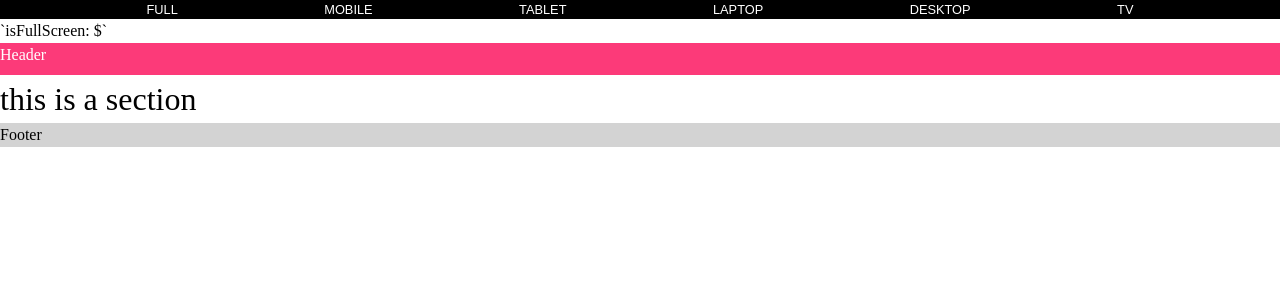
Repository: Terrycoco/coco-playground
Page: /
The author's editor kept a copy of each file at every save. The page is drawn from the files as they stood at one save, then again after the next save.
The browser window is 1280 px wide. The pictures show the whole page.
The project was rebuilt for these pictures with package versions that can differ from the ones it lists, and the page was loaded fresh each time. The framework's server and built-in components were replaced by stand-ins that run in the browser. Also part of the build but not shown: next.config.js.

Above is the page before, as saved 2023-03-20 09:07:58.

### src/app/layout.js
//THIS FILE DEFINES BASIC HTML FOR WHOLE SITE
//YOU CAN OVERWRITE ANY METADATA IN INDIVIDUAL ROUTES ALSO
"use client";
import { Providers } from "./store/provider";
import "./globals.css";
import Header from "@/components/layout/Header.js";
import DeviceHeader from "@/components/layout/DeviceHeader";
import Footer from "@/components/layout/Footer";
import ScreenEmulator from "@/components/layout/ScreenEmulator";

//can't use metadata on files that use client
// export const metadata = {
//   title: "Theme Playground",
//   description: "Theme Playground By Coco",
// };

export default function RootLayout({ children }) {
  return (
    <html lang="en">
      <head>
        <title>Coco Theme Playground</title>
      </head>

      <body>
        <Providers>
          <>
            <DeviceHeader />
            <ScreenEmulator>
              <Header />

              {children}
              <Footer />
            </ScreenEmulator>
          </>
        </Providers>
      </body>
    </html>
  );
}

### src/app/page.js
"use client";
import { useSelector, useDispatch } from "react-redux";
import { selectTheme } from "./store/slices/themeSlice";

export default function Page() {
  const theme = useSelector(selectTheme);
  console.log("page recd theme:", theme);
  return (
    <main>
      <section>this is a section</section>
    </main>
  );
}

// <section id="theme" style={getContainerStyle("section")}>
// <h1 style={getHStyle("h1")}>
//   This the result of your Theme{"   "}
//   <span style={styles.smgray}>(h1)</span>
// </h1>
// <h2 style={getHStyle("h2")}>
//   Your Default Styles Are Shown{"   "}
//   <span style={styles.smgray}>(h2)</span>
// </h2>
// <h3 style={getHStyle("h3")}>
//   You selected {`${levCount - 1}`} levels of headings.
//   <span style={styles.smgray}>(h3)</span>
// </h3>

// <h4 style={getHStyle("h4")}>
//   I am a heading level 4 {"   "}
//   <span style={styles.smgray}>(h4)</span>
// </h4>

// <h5 style={getHStyle("h5")}>
//   I am a heading level 5{"   "}
//   <span style={styles.smgray}>(h5)</span>
// </h5>

// <h6 style={getHStyle("h6")}>
//   I am a heading level 6{"   "}
//   <span style={styles.smgray}>(h6)</span>
// </h6>

// <p data-el="p" style={getTextStyle("p")}>
//   Your theme settings will show up here. These are the default styles
//   for each element, which will be consistent across your project. You
//   can, of course, alter them for individual elements as you see fit.{" "}
//   <span style={styles.smgray}>(p)</span>
// </p>
// <p data-el="p" style={getTextStyle("p")}>
//   This is the paragraph element. To set the font scale among the
//   different headings and at different screen resolutions, go to{" "}
//   <b>SCALE</b>. The rest of the paragraph settings can be found by
//   clicking <b>TEXT</b> <span style={styles.smgray}>(p)</span>
// </p>

// <p data-el="p" style={getTextStyle("p")}>
//   Don't like the spacing? Click <b>CONTAINERS</b> to set default padding
//   and margins for container elements like sections, the header and
//   footer, between paragraphs, etc.{" "}
//   <span style={styles.smgray}>(p)</span>
// </p>
// </section>
// <section id="colors" style={getContainerStyle("section")}>
// <h1 style={getHStyle("h1")}>
//   This the result of your Theme{"   "}
//   <span style={styles.smgray}>(h1)</span>
// </h1>
// <h2 style={getHStyle("h2")}>
//   Your Default Styles Are Shown{"   "}
//   <span style={styles.smgray}>(h2)</span>
// </h2>
// <h3 style={getHStyle("h3")}>
//   You selected {`${levCount - 1}`} levels of headings.
//   <span style={styles.smgray}>(h3)</span>
// </h3>

// <h4 style={getHStyle("h4")}>
//   I am a heading level 4 {"   "}
//   <span style={styles.smgray}>(h4)</span>
// </h4>

// <h5 style={getHStyle("h5")}>
//   I am a heading level 5{"   "}
//   <span style={styles.smgray}>(h5)</span>
// </h5>

// <h6 style={getHStyle("h6")}>
//   I am a heading level 6{"   "}
//   <span style={styles.smgray}>(h6)</span>
// </h6>

// <p data-el="p" style={getTextStyle("p")}>
//   Your typography styles will show up here. These are the default styles
//   for each element, which will be consistent across your project. You
//   can, of course, alter them for individual elements as you see fit.{" "}
//   <span style={styles.smgray}>(p)</span>
// </p>
// <p data-el="p" style={getTextStyle("p")}>
//   This is the paragraph element. To set the font scale among the
//   different headings and at different screen resolutions, go to{" "}
//   <b>SCALE</b>. The rest of the paragraph settings can be found by
//   clicking <b>TYPOGRAPHY</b> <span style={styles.smgray}>(p)</span>
// </p>

// <p data-el="p" style={getTextStyle("p")}>
//   Don't like the spacing? Click <b>SPACING</b> to set default padding
//   and margins for elements like sections, the header and footer, between
//   paragraphs, etc. <span style={styles.smgray}>(p)</span>
// </p>
// </section>

### src/app/store/provider.js
"use client";

import { Provider } from "react-redux";
import store from "./store";

export function Providers({ children }) {
  return <Provider store={store}>{children}</Provider>;
}

### src/app/globals.css
@import "./reset.css";

:root {
  font-size: 1rem;
}
body {
  margin: 0;
  min-height: 100vh;
}

header {
  background-color: black;
  color: white;
}

footer {
  background-color: lightgray;
  color: black;
}

section {
  font-size: 2rem;
}

### src/components/layout/Header.js
"use client";
import React from "react";
import { useSelector } from "react-redux";
import { selectTheme } from "@/slices/themeSlice";
import { selectVariables } from "@/slices/variablesSlice";

function Header() {
  const theme = useSelector(selectTheme);
  const variables = useSelector(selectVariables);

  const getHeaderStyles = () => {
    let styles = { ...theme.containers.header };
    styles.backgroundColor = variables[styles.backgroundColor];
    return styles;
  };

  return <header style={getHeaderStyles()}>Header</header>;
}

export default Header;

### src/components/layout/DeviceHeader.js
"use client";
import { useState, useEffect } from "react";
import { useSelector, useDispatch } from "react-redux";
import {
  selectCurrentDevice,
  updateCurrentDevice,
  updateIsFullScreen,
  selectIsFullScreen,
} from "@/slices/uiSlice";
import { selectDevices } from "@/slices/themeSlice";
import css from "./layout.module.css";

const DeviceHeader = () => {
  const currentDevice = useSelector(selectCurrentDevice);
  const fullScreen = useSelector(selectIsFullScreen);
  const dispatch = useDispatch();
  const devices = useSelector(selectDevices);
  const [userSize, setUserSize] = useState();
  const [userDevice, setUserDevice] = useState();

  useEffect(() => {
    setUserSize(window.innerWidth); //TODO MAKE RESPONSIVE
    let ud = getUserDevice(window.innerWidth, devices);
    setUserDevice(getUserDevice(ud));
    dispatch(updateCurrentDevice(ud));
  }, []);

  const styles = {
    header: {
      fontFamily: "Arial",
    },
    menu: {
      display: "flex",
      flexDirection: "row",
      justifyContent: "space-evenly",
    },
    li: {
      textTransform: "uppercase",
      fontSize: ".8rem",
    },
  };

  const handleSelect = (e) => {
    const dev = e.target.id;
    if (dev === "full") {
      dispatch(updateIsFullScreen(true));
      dispatch(updateCurrentDevice(userDevice));
    } else {
      dispatch(updateCurrentDevice(dev));
      dispatch(updateIsFullScreen(false));
    }
  };

  return (
    <header style={styles.header}>
      <menu style={styles.menu}>
        <li
          id="full"
          style={styles.li}
          onClick={handleSelect}
          className={css.li}
        >
          Full
        </li>
        <li id="mobile" style={styles.li} className={css.li}>
          mobile
        </li>
        <li id="tablet" style={styles.li} className={css.li}>
          tablet
        </li>
        <li id="laptop" style={styles.li} className={css.li}>
          laptop
        </li>
        <li id="desktop" style={styles.li} className={css.li}>
          desktop
        </li>
        <li id="tv" style={styles.li} className={css.li}>
          tv
        </li>
      </menu>
    </header>
  );
};

export default DeviceHeader;

function getUserDevice(size, devices) {
  for (const d in devices) {
    if (devices[d].min <= size && size <= devices[d].max) {
      return d;
    }
  }
}

### src/components/layout/Footer.js
"use client";
import React from "react";

const Footer = () => {
  return <footer>Footer</footer>;
};

export default Footer;

### src/components/layout/ScreenEmulator.js
import { useState, useEffect } from "react";
import { useSelector } from "react-redux";
import { selectCurrentDevice, selectIsFullScreen } from "@/slices/uiSlice";
import { selectDevices, selectDeviceElements } from "@/slices/themeSlice";

const ScreenEmulator = ({ children, ...props }) => {
  const [width, setWidth] = useState("400px");
  const isFullScreen = useSelector(selectIsFullScreen);
  const device = useSelector(selectCurrentDevice);
  const devices = useSelector(selectDevices);
  const [baseFontSize, setBaseFontSize] = useState();
  const fontSizes = useSelector(selectDeviceElements);

  //get some valid heights
  useEffect(() => {
    if (device !== undefined) {
      console.log("got here");
      setWidth(devices[device].min + 100 + "px");
      setBaseFontSize(fontSizes[device].body.fontSize + "px");
    }
  }, [device]);

  const getEmulation = () => {
    return {
      border: "1px solid darkgray",
      width: `${width}`,
      fontSize: `${baseFontSize}`,

      height: "550px",
      overflow: "scroll",
      borderRadius: "10px",
      boxShadow: "rgba(213, 217, 217, 0.5) 0 2px 5px 0",
    };
  };

  if (!isFullScreen)
    return (
      <>
        {" "}
        `isFullScreen: ${isFullScreen}` {children}
      </>
    );
  else
    return (
      <div style={getEmulation()}>
        Screen size: {width} Device: {device}
        {children}
      </div>
    );
};

export default ScreenEmulator;

### src/app/store/slices/themeSlice.js
"use client";

import { createSlice, createSelector } from "@reduxjs/toolkit";
import { HYDRATE } from "next-redux-wrapper";
import { currentTheme } from "@/themes";

const initialState = {
  headingCount: currentTheme.headingCount,
  fonts: currentTheme.fonts,
  colors: currentTheme.colors,
  colorVariants: currentTheme.colorVariants,
  devices: currentTheme.devices,
  deviceElements: currentTheme.deviceElements,
  text: currentTheme.text,
  containers: currentTheme.containers,
};

export const themeSlice = createSlice({
  name: "theme",
  initialState,
  reducers: {
    updateText(state, action) {
      state.text[action.payload.element][action.payload.propName] =
        action.payload.value;
    },

    extraReducers: {
      [HYDRATE]: (state, action) => {
        return {
          ...state,
          ...action.payload.theme,
        };
      },
    },
  },
});

export const { updateText } = themeSlice.actions;
export const selectTheme = (state) => state.theme;
export const selectText = (state) => state.theme.text;
export const selectDevices = (state) => state.theme.devices;
export const selectDeviceElements = (state) => state.theme.deviceElements;
export default themeSlice.reducer;

### src/app/store/store.js
"use client"; //anything that will access redux must use client
import { configureStore } from "@reduxjs/toolkit";
import { themeSlice } from "./slices/themeSlice";
import { variablesSlice } from "./slices/variablesSlice";
import { uiSlice } from "./slices/uiSlice";

// config the store
const store = configureStore({
  reducer: {
    [themeSlice.name]: themeSlice.reducer,
    [variablesSlice.name]: variablesSlice.reducer,
    [uiSlice.name]: uiSlice.reducer,
  },
});

// export default the store
console.log("store:", store.getState());
export default store;

### src/app/reset.css
/* Box sizing rules */
*,
*::before,
*::after {
  box-sizing: border-box;
}

/* Remove default margin */
main,
html,
body,
h1,
h2,
h3,
h4,
h5,
h6,
p,
figure,
blockquote,
dl,
dd {
  margin: 0;
  padding: 0;
}

/* Remove list styles on ul, ol elements with a list role, which suggests default styling will be removed */
ul,
menu,
ol {
  list-style: none;
}

/* remove discs from list items */
li {
  list-style-type: none;
}

/* Set core root defaults */
html:focus-within {
  scroll-behavior: smooth;
}

/* Set core body defaults */
body {
  min-height: 100vh;
  text-rendering: optimizeSpeed;
  line-height: 1.5;
}

/* A elements that don't have a class get default styles */
a:not([class]) {
  text-decoration-skip-ink: auto;
}

/* Make images easier to work with */
img,
picture {
  max-width: 100%;
  display: block;
}

menu {
  margin-block-start: 0em;
  margin-block-end: 0em;
  margin-inline-start: 0px;
  margin-inline-end: 0px;
  padding-inline-start: 0px;
}

/* Inherit fonts for inputs and buttons */
input,
button,
textarea,
select {
  font: inherit;
}

/* remove any default font props */
body,
h1,
h2,
h3,
h4,
h5,
h6,
p {
  letter-spacing: normal;
  word-spacing: normal;
  line-height: 1.5;
  font-optical-sizing: auto;
}

/* Remove all animations, transitions and smooth scroll for people that prefer not to see them */
@media (prefers-reduced-motion: reduce) {
  html:focus-within {
    scroll-behavior: auto;
  }

  *,
  *::before,
  *::after {
    animation-duration: 0.01ms !important;
    animation-iteration-count: 1 !important;
    transition-duration: 0.01ms !important;
    scroll-behavior: auto !important;
  }
}

### src/app/store/slices/variablesSlice.js
import { createSlice } from "@reduxjs/toolkit";
import { HYDRATE } from "next-redux-wrapper";
import { currentTheme } from "@/themes";
import { updateColor, updateFont } from "@/app/store/sharedActions";

function toCSS(key) {
  var result = key.replace(/([A-Z])/g, " $1");
  return result.split(" ").join("-").toLowerCase();
}

const getFontVariable = (fontName) => {
  let str = fontName.replaceAll(" ", "-").toLowerCase();
  return `var(--font-${str})`;
};

const loadInitVariables = () => {
  let variables = {};
  let section, prefix;

  //fonts
  section = "fonts";
  prefix = "var(--font-";
  for (const key in currentTheme[section]) {
    variables[`${prefix}${key})`] = getFontVariable(currentTheme[section][key]);
  }

  //colors
  section = "colors";
  prefix = "var(--clr-";
  for (const key in currentTheme[section]) {
    variables[`${prefix}${key})`] = toCSS(currentTheme[section][key]);
  }

  //color variants
  section = "colorVariants";
  prefix = "var(--clr-";
  for (const key in currentTheme[section]) {
    variables[`${prefix}${key})`] = toCSS(currentTheme[section][key]);
  }

  return variables;
};

const initialState = loadInitVariables();

export const variablesSlice = createSlice({
  name: "variables",
  initialState,
  reducers: {
    updateVariable(state, action) {
      state[action.payload.key] = action.payload.value;
    },
  },
  extraReducers: (builder) => {
    builder
      .addCase(updateColor, (state, action) => {
        action.payload.map((obj) => {
          state[obj.themeVar] = obj.value;
        });
      })
      .addCase(updateFont, (state, action) => {
        console.log("got here:", action.payload);
        //theme variable (ie body) has been updated to another font
        state[action.payload.themeVar] = action.payload.fontVar;
      });
  },
});

export const { updateVariable } = variablesSlice.actions;
export const selectVariables = (state) => state.variables;
export default variablesSlice.reducer;

### src/app/store/slices/uiSlice.js
"use client";

//slice for ui state

import { createSlice, createSelector } from "@reduxjs/toolkit";
import { HYDRATE } from "next-redux-wrapper";

const initialState = {
  currentForm: "",
  currentDevice: "",
  isFullScreen: true,
  isDrawerOpen: false,
  currentTab: 1,
};

export const uiSlice = createSlice({
  name: "ui",
  initialState,
  reducers: {
    updateCurrentForm(state, action) {
      state.currentForm = action.payload;
    },
    updateCurrentTab(state, action) {
      state.currentTab = action.payload;
    },
    updateCurrentDevice(state, action) {
      state.currentDevice = action.payload;
    },
    updateIsDrawerOpen(state, action) {
      state.isDrawerOpen = action.payload;
    },
    updateIsFullScreen(state, action) {
      state.isFullScreen = action.payload;
    },

    extraReducers: {
      [HYDRATE]: (state, action) => {
        return {
          ...state,
          ...action.payload.ui,
        };
      },
    },
  },
});

export const {
  updateCurrentForm,
  updateCurrentDevice,
  updateCurrentTab,
  updateIsDrawerOpen,
  updateIsFullScreen,
} = uiSlice.actions;
export const selectCurrentDevice = (state) => state.currentDevice;
export const selectCurrentTab = (state) => state.currentTab;
export const selectCurrentForm = (state) => state.currentForm;
export const selectIsDrawerOpen = (state) => state.isDrawerOpen;
export const selectIsFullScreen = (state) => state.isFullScreen;
export default uiSlice.reducer;

### src/components/layout/layout.module.css
.li:hover {
  font-weight: 700;
}

### src/themes/index.js
import init from "./init";

module.exports = { currentTheme: init };

### src/app/store/sharedActions.js
import { createAction } from "@reduxjs/toolkit";
const varKeys = [75, 50, 25, 10, 5];

const updateColor = createAction("UPDATE_COLOR", function prepare(obj) {
  //any time theme color is updated, so are variants so pass those in with the payload
  console.log("shared updateColor", obj);
  let key = obj.key;
  let payloadVal = [];
  let newhex = obj.value;
  if (key !== "error" && key !== "whitish") {
    varKeys.map((pct) => {
      let variantKey = `${key}${pct}`;
      let val = getPctOfHex(newhex, pct);
      payloadVal.push({
        key: variantKey,
        value: val,
        section: "variants",
        themeVar: `var(--clr-${variantKey})`,
      });
    });
  }
  //push original one
  payloadVal.push({
    key: key,
    value: newhex,
    section: "themed",
    themeVar: `var(--clr-${key})`,
  });
  //console.log("newpayload:", payloadVal);
  return { payload: payloadVal };
});

const updateFont = createAction("UPDATE_FONT", function prepare(obj) {
  console.log("fontobj:", obj);
  /*shape of font payload
      propName: "body",
      name: "Gelasio",
      themeVar: "var(--font-body)",
      fontVar: "var(--font-gelasio)" */

  return { payload: obj };
});

module.exports = { updateColor, updateFont };

// util functions to calculate variant values --------------
function hexToHSL(H) {
  // Convert hex to RGB first
  let r = 0,
    g = 0,
    b = 0;
  if (H.length == 4) {
    r = "0x" + H[1] + H[1];
    g = "0x" + H[2] + H[2];
    b = "0x" + H[3] + H[3];
  } else if (H.length == 7) {
    r = "0x" + H[1] + H[2];
    g = "0x" + H[3] + H[4];
    b = "0x" + H[5] + H[6];
  }
  // Then to HSL
  r /= 255;
  g /= 255;
  b /= 255;
  let cmin = Math.min(r, g, b),
    cmax = Math.max(r, g, b),
    delta = cmax - cmin,
    h = 0,
    s = 0,
    l = 0;

  if (delta == 0) h = 0;
  else if (cmax == r) h = ((g - b) / delta) % 6;
  else if (cmax == g) h = (b - r) / delta + 2;
  else h = (r - g) / delta + 4;

  h = Math.round(h * 60);

  if (h < 0) h += 360;

  l = (cmax + cmin) / 2;
  s = delta == 0 ? 0 : delta / (1 - Math.abs(2 * l - 1));
  s = +(s * 100).toFixed(1);
  l = +(l * 100).toFixed(1);

  return { h: h, s: s, l: l };
}
function getPctOfHex(hex, pct) {
  //incoming pct is pct opacity of orig color
  let inverted = 100 - pct;
  //convert incoming to hsl
  let hsl = hexToHSL(hex);

  //current lightness is 0%;
  let currentLightPct = hsl.l;
  let remainingLightPct = 100 - currentLightPct;
  let onepct = remainingLightPct / 100;
  let desiredPct = onepct * inverted + currentLightPct;
  let result = HSLToHex(hsl.h, hsl.s, desiredPct);
  return result;
}
function HSLToHex(h, s, l) {
  s /= 100;
  l /= 100;

  let c = (1 - Math.abs(2 * l - 1)) * s,
    x = c * (1 - Math.abs(((h / 60) % 2) - 1)),
    m = l - c / 2,
    r = 0,
    g = 0,
    b = 0;

  if (0 <= h && h < 60) {
    r = c;
    g = x;
    b = 0;
  } else if (60 <= h && h < 120) {
    r = x;
    g = c;
    b = 0;
  } else if (120 <= h && h < 180) {
    r = 0;
    g = c;
    b = x;
  } else if (180 <= h && h < 240) {
    r = 0;
    g = x;
    b = c;
  } else if (240 <= h && h < 300) {
    r = x;
    g = 0;
    b = c;
  } else if (300 <= h && h < 360) {
    r = c;
    g = 0;
    b = x;
  }
  // Having obtained RGB, convert channels to hex
  r = Math.round((r + m) * 255).toString(16);
  g = Math.round((g + m) * 255).toString(16);
  b = Math.round((b + m) * 255).toString(16);

  // Prepend 0s, if necessary
  if (r.length == 1) r = "0" + r;
  if (g.length == 1) g = "0" + g;
  if (b.length == 1) b = "0" + b;

  return "#" + r + g + b;
}

### src/themes/init.js
//to use, import this file and set this as currentTheme in /src/themes/index
const headingCount = 1;

const fonts = {
  body: "Times",
  display: "Times",
  special: "Times",
  mono: "Times",
  forms: "Arial",
};

const deviceElements = {
  mobile: {
    body: {
      fontSize: "18",
      lineHeight: "1.5",
    },
    h1: {
      fontSize: "40",
      lineHeight: "1.16",
    },
  },
  tablet: {
    body: {
      fontSize: "19",
      lineHeight: "1.5",
    },
    h1: {
      fontSize: "40",
      lineHeight: "1.16",
    },
  },
  laptop: {
    body: {
      fontSize: "20",
      lineHeight: "1.329",
    },
    h1: {
      fontSize: "52",
      lineHeight: "1.16",
    },
  },
  desktop: {
    body: {
      fontSize: "24",
      lineHeight: "1.345",
    },
    h1: {
      fontSize: "57",
      lineHeight: "1.16",
    },
  },

  tv: {
    body: {
      fontSize: "28",
      lineHeight: "1.391",
    },
    h1: {
      fontSize: "67",
      lineHeight: "1.031",
    },
  },
};

const devices = {
  mobile: {
    min: 320,
    max: 479,
  },

  tablet: {
    min: 480,
    max: 767,
  },

  laptop: {
    min: 768,
    max: 1023,
  },

  desktop: {
    min: 1024,
    max: 1999,
  },

  tv: {
    min: 1200,
    max: 9999,
  },
};

const colors = {
  primary: "#fc3a79",
  secondary: "#fe572e",
  blackish: "#261f22",
  whitish: "#f5f5f4",
  error: "#dc2626",
};

const colorVariants = {
  primary75: "#fd6b99",
  primary50: "#fe9dbb",
  primary25: "#fecedd",
  primary10: "#ffebf1",
  primary5: "#fff5f8",
  secondary75: "#fe8162",
  secondary50: "#feab96",
  secondary25: "#ffd5cb",
  secondary10: "#ffeeea",
  secondary5: "#fff7f5",
  blackish75: "#635158",
  blackish50: "#9c868f",
  blackish25: "#cdc2c7",
  blackish10: "#ebe7e9",
  blackish5: "#f5f3f4",
};

const containers = {
  header: {
    backgroundColor: "var(--clr-primary)",
    height: "2rem",
    paddingRight: "0rem",
    paddingLeft: "0rem",
  },
  main: {
    paddingTop: "2rem",
    paddingRight: "0rem",
    paddingBottom: "0rem",
    paddingLeft: "0rem",
  },
  section: {
    paddingTop: "0rem",
    paddingRight: "0rem",
    paddingBottom: "0rem",
    paddingLeft: "0rem",
  },
  article: {
    paddingTop: "0rem",
    paddingRight: "0rem",
    paddingBottom: "0rem",
    paddingLeft: "0rem",
  },
  aside: {
    paddingTop: "0rem",
    paddingRight: "0rem",
    paddingBottom: "0rem",
    paddingLeft: "0rem",
  },
  footer: {
    backgroundColor: "var(--clr-primary50)",
    color: "var(--clr-blackish)",
    height: "0rem",
    paddingTop: "0rem",
    paddingRight: "0rem",
    paddingBottom: "0rem",
    paddingLeft: "0rem",
  },
};

const text = {
  p: {
    color: "var(--clr-blackish)",
    fontFamily: "var(--font-body)",
    fontWeight: "400",
    fontSize: "var(--fs-body)",
    lineHeight: "var(--lh-body)",
    letterSpacing: "0px",
    wordSpacing: "0px",
    maxWidth: "60ch",
    marginBottom: "1rem",
  },

  h1: {
    color: "var(--clr-blackish)",
    fontFamily: "var(--font-display)",
    fontWeight: "400",
    fontSize: "var(--fs-h1)",
    lineHeight: "var(--lh-h1)",
    letterSpacing: "-1.5px",
    wordSpacing: "-5px",
    maxWidth: "60ch",
    marginBottom: "1rem",
  },

  h2: {
    color: "var(--clr-blackish)",
    fontFamily: "var(--font-display)",
    fontWeight: "400",
    fontSize: "var(--fs-h2)",
    lineHeight: "var(--lh-h2)",
    letterSpacing: "-1.5px",
    wordSpacing: "-5px",
    maxWidth: "60ch",
    marginBottom: "1rem",
  },

  h3: {
    color: "var(--clr-blackish)",

    fontFamily: "var(--font-display)",

    fontWeight: "400",

    fontSize: "1rem",

    lineHeight: "150%",

    letterSpacing: "-1.5px",

    wordSpacing: "-5px",
    maxWidth: "60ch",
    marginBottom: "1rem",
  },

  h4: {
    color: "var(--clr-blackish)",

    fontFamily: "var(--font-display)",

    fontWeight: "400",

    fontSize: "1rem",

    lineHeight: "150%",

    letterSpacing: "-1.5px",

    wordSpacing: "-5px",
    maxWidth: "60ch",
    marginBottom: "1rem",
  },

  h5: {
    color: "var(--clr-blackish)",

    fontFamily: "var(--font-display)",

    fontWeight: "400",

    fontSize: "1rem",

    lineHeight: "150%",

    letterSpacing: "-1.5px",

    wordSpacing: "-5px",
    maxWidth: "60ch",
    marginBottom: "1rem",
  },

  h6: {
    color: "var(--clr-blackish)",

    fontFamily: "var(--font-display)",

    fontWeight: "400",

    fontSize: "1rem",

    lineHeight: "150%",

    letterSpacing: "-1.5px",

    wordSpacing: "-5px",
    marginBottom: "1rem",
  },

  small: {
    color: "var(--clr-blackish)",
    fontFamily: "var(--font-forms)",
    fontWeight: "400",
    fontSize: "var(--fs-sm)",
    lineHeight: "1",
    letterSpacing: "-1.5px",
    wordSpacing: "-5px",
    maxWidth: "60ch",
    marginBottom: "0rem",
  },
};

const theme = {
  headingCount,
  colors,
  colorVariants,
  fonts,
  deviceElements,
  devices,
  containers,
  text,
};

module.exports = {
  headingCount,
  colors,
  colorVariants,
  fonts,
  deviceElements,
  devices,
  containers,
  text,
  theme,
};

After the next save:
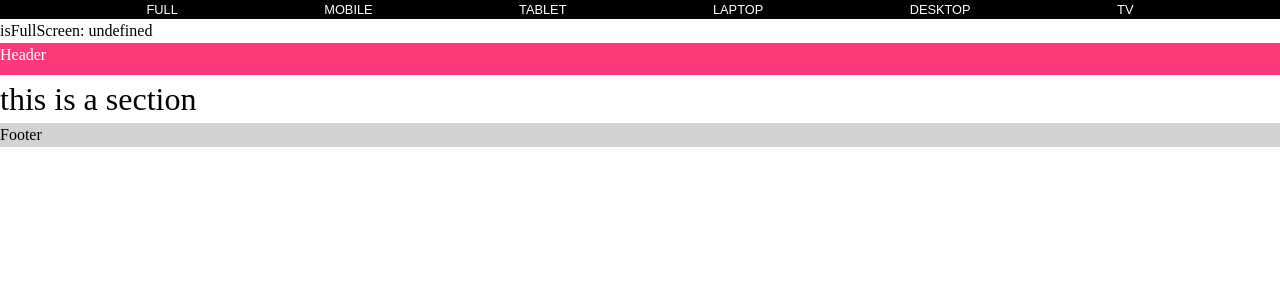
Saved 13 s later.
--- a/src/components/layout/ScreenEmulator.js
+++ b/src/components/layout/ScreenEmulator.js
@@ -37,7 +37,7 @@ const ScreenEmulator = ({ children, ...props }) => {
     return (
       <>
         {" "}
-        `isFullScreen: ${isFullScreen}` {children}
+        {`isFullScreen: ${isFullScreen}`} {children}
       </>
     );
   else
